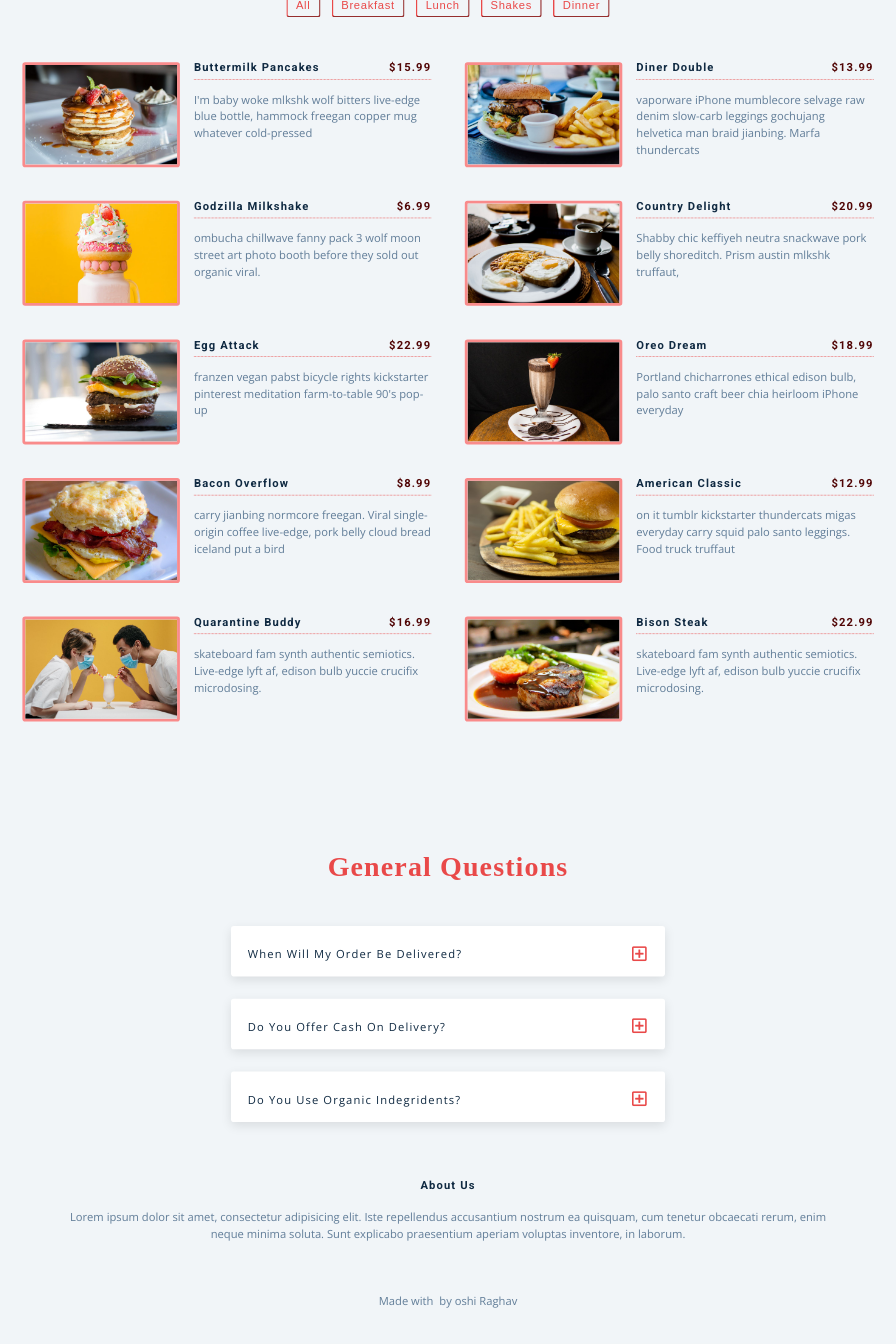
Repository: xoshiraghavx/Food-you
Page: index.html
An editor plug-in stored every save of this project. The page is shown before and after the next save, followed by the edit.
The browser window is 1280 px wide. The pictures show the part of the page from y = 1037 to 2957 px (the page is 2957 px tall before and 2929 px after), at 70% of full size.
Some icons come from a web library that is not loaded, so they are not drawn. Some web libraries are served in a nearby version.

Above is the page before, as saved 2022-12-03 08:39:57.

### index.html
<!DOCTYPE html>
<html lang="en">
  <head>
    <meta charset="UTF-8" />
    <meta name="viewport" content="width=device-width, initial-scale=1.0" />
    <title>interior design</title>
    <!-- font-awesome -->
    <link
      rel="stylesheet"
      href="https://cdnjs.cloudflare.com/ajax/libs/font-awesome/5.14.0/css/all.min.css"
    />

    <!-- styles -->
    <link rel="stylesheet" href="styles.css" />
  </head>
  <body>
<nav>
  <div class="nav-center">
    <div class="nav-header">
      <div class="logo-div">
      <img src="./img/logo.png" alt="logo" class="logo">
      <div class="logo-name">
      <p><span id="color"><b>FOOD </b><br><i>& you</i></span></p>
    </div>
    </div>
      <button class="nav-toggle">
        <i class="fas fa-bars"></i>
      </button>
    </div>
    <!-- links -->
    <ul class="links">

      <li>
        <a href="index.html">home</a>
      </li>
      <li>
        <a href="about.html">about</a>
      </li>
      <li>
        <a href="contact.html">contact</a>
      </li>
    </ul>
    <!-- social media -->
    <ul class="social-icons">
      <li>
        <a href="https://www.facebook.com">
          <i class="fab fa-facebook"></i>
        </a>
      </li>
      <li>
        <a href="https://www.twitter.com">
          <i class="fab fa-twitter"></i>
        </a>
      </li>
      <li>
        <a href="https://www.twitter.com">
          <i class="fab fa-behance"></i>
        </a>
      </li>
      <li>
        <a href="https://www.linkedin.com">
          <i class="fab fa-linkedin"></i>
        </a>
      </li>
      <li>
        <a href="https://www.twitter.com">
          <i class="fab fa-sketch"></i>
        </a>
      </li>
    </ul>
  </div>
</nav>
<header class="hero">
  <div class="banner">
    <h2>Looking for some food!</h2>
    <button class="btn modal-btn">Order Now</button>
  </div>
</header>
<div class="modal-overlay">
  <div class="modal-container">
    <br>
    <h3>Title</h3>
    <p>Lorem ipsum dolor sit amet consectetur adipisicing elit. Illo deleniti eum mollitia distinctio! Nesciunt dolor minima animi esse officia! Recusandae? Lorem ipsum dolor sit amet consectetur, adipisicing elit. Aspernatur, hic.</p>
    <button class="close-btn">
      <i class="fas fa-times"> </i>
    </button>
  </div>
</div>
<section class="menu">
  <div class="title">
    <h2>Our Menu</h2>
    <div class="underline"></div>
  </div>
  <div class="btn-container">
    <!-- <button class="filter-btn" type="button" data-id="all">all</button>
    <button class="filter-btn" type="button"data-id="breakfast">breakfast</button>
    <button class="filter-btn" type="button" data-id="lunch">lunch</button>
    <button class="filter-btn" type="button" data-id="shakes">shakes</button> -->
  </div>
    <div class="section-center">
      <!-- <article class="menu-item">
        <img src="./menu-item.jpeg" class="photo" alt="menu item">
        <div class="item-info">
          <header>
            <h4>buttermilk pancakes</h4>
            <h4 class="price">Rs 600/-</h4>
          </header>
          <p class="item-text">Lorem ipsum, dolor sit amet consectetur adipisicing elit. Dolore totam aliquid ut eius architecto magni cumque explicabo voluptate, repudiandae harum.</p>
        </div>
      </article> -->
    </div>
</section>
<section class="questions">
  <div class="title">
    <h2>general questions</h2>
  </div>
  <div class="question-center">
    <article class="question">
      <div class="question-title">
      <p>When will my order be delivered?</p>
      <button type="button" class="question-btn">
        <span class="plus-icon">
      <i class="far fa-plus-square"></i>
        </span>

        <span class="minus-icon">
      <i class="far fa-minus-square"></i>
        </span>

      </button>
    </div>
    <div class="question-text">
      <p>Estimated delivery are given against each products. While sincere efforts are being made to deliver the products within the given time frame factors like, availability, festive seasons, courier delays are bound to happen. These factors are constantly monitored to keep any inordinate delays under control.</p>
    </div>
    </article>
    <article class="question">
      <div class="question-title">
      <p>Do you offer Cash on Delivery?</p>
      <button type="button" class="question-btn">
        <span class="plus-icon">
      <i class="far fa-plus-square"></i>
        </span>

        <span class="minus-icon">
      <i class="far fa-minus-square"></i>
        </span>

      </button>
    </div>
    <div class="question-text">
      <p>Yes. We offer Cash on Delivery which most of the other websites don't offer.</p>
    </div>
    </article>
    <article class="question">
      <div class="question-title">
      <p>do you use organic indegridents?</p>
      <button type="button" class="question-btn">
        <span class="plus-icon">
      <i class="far fa-plus-square"></i>
        </span>

        <span class="minus-icon">
      <i class="far fa-minus-square"></i>
        </span>

      </button>
    </div>
    <div class="question-text">
      <p>We deliver the products that are fresh and systems are kept in place to source the best products and safely consign them to you. We don't stock the products but place once we receive orders.</p>
    </div>
    </article>
  </div>
</section>
<!-- --------footer--------- -->
<section class="footer">
  <h4>About Us</h4>
  <p>Lorem ipsum dolor sit amet, consectetur adipisicing elit. Iste repellendus accusantium nostrum ea quisquam, cum tenetur obcaecati rerum, enim <br> neque minima soluta. Sunt explicabo praesentium aperiam voluptas inventore, in laborum.</p>
  <div class="icons">
      <i class="fas fa-facebook" aria-hidden="true"></i>
      <i class="fas fa-twitter" aria-hidden="true"></i>
      <i class="fa fa-instagram" aria-hidden="true"></i>
      <i class="fa fa-youtube" aria-hidden="true"></i>
  </div>
  <p>Made with <i class="fas fa-heart-o" aria-hidden="true"></i> by oshi Raghav</p>
</section>
<!-- javascript -->
    <script src="app.js"></script>
  </body>
</html>

### styles.css
/*
===============
Fonts
===============
*/
@import url('https://fonts.googleapis.com/css?family=Open+Sans|Roboto:400,700&display=swap');

/*
===============
Variables
===============
*/

:root {
  /* dark shades of primary color*/
  --clr-primary-1: hsl(0, 86%, 17%);
  --clr-primary-2: hsl(0, 77%, 27%);
  --clr-primary-3: hsl(0, 72%, 37%);
  --clr-primary-4: hsl(0, 63%, 48%);
  /* primary/main color */
  --clr-primary-5: hsl(0, 78%, 60%);
  /* lighter shades of primary color */
  --clr-primary-6: hsl(0, 90%, 70%);
  --clr-primary-7: hsl(0, 90%, 76%);
  --clr-primary-8: hsl(0, 86%, 81%);
  --clr-primary-9: hsl(0, 90%, 88%);
  --clr-primary-10: hsl(0, 100%, 96%);
  /* darkest grey - used for headings */
  --clr-grey-1: hsl(209, 61%, 16%);
  --clr-grey-2: hsl(211, 39%, 23%);
  --clr-grey-3: hsl(209, 34%, 30%);
  --clr-grey-4: hsl(209, 28%, 39%);
  /* grey used for paragraphs */
  --clr-grey-5: hsl(210, 22%, 49%);
  --clr-grey-6: hsl(209, 23%, 60%);
  --clr-grey-7: hsl(211, 27%, 70%);
  --clr-grey-8: hsl(210, 31%, 80%);
  --clr-grey-9: hsl(212, 33%, 89%);
  --clr-grey-10: hsl(210, 36%, 96%);
  --clr-white: #fff;
  --clr-red-dark: hsl(360, 67%, 44%);
  --clr-red-light: hsl(360, 71%, 66%);
  --clr-green-dark: hsl(125, 67%, 44%);
  --clr-green-light: hsl(125, 71%, 66%);
  --clr-black: #222;
  --ff-primary: 'Roboto', sans-serif;
  --ff-secondary: 'Open Sans', sans-serif;
  --transition: all 0.3s linear;
  --spacing: 0.1rem;
  --radius: 0.25rem;
  --light-shadow: 0 5px 15px rgba(0, 0, 0, 0.1);
  --dark-shadow: 0 5px 15px rgba(0, 0, 0, 0.2);
  --max-width: 1170px;
  --fixed-width: 620px;
}
/*
===============
Global Styles
===============
*/

*,
::after,
::before {
  margin: 0;
  padding: 0;
  box-sizing: border-box;
}
body {
  font-family: var(--ff-secondary);
  background: var(--clr-grey-10);
  color: var(--clr-grey-1);
  line-height: 1.5;
  font-size: 0.875rem;
}
ul {
  list-style-type: none;
}
a {
  text-decoration: none;
}
img:not(.logo) {
  width: 100%;
}
img {
  display: block;
}
h1,
h2,
h3,
h4 {
  letter-spacing: var(--spacing);
  text-transform: capitalize;
  line-height: 1.25;
  margin-bottom: 0.75rem;
  font-family: var(--ff-primary);
}
h1 {
  font-size: 3rem;
}
h2 {
  font-size: 2rem;
}
h3 {
  font-size: 1.25rem;
}
h4 {
  font-size: 0.875rem;
}
p {
  margin-bottom: 1.25rem;
  color: var(--clr-grey-5);
}
@media screen and (min-width: 800px) {
  h1 {
    font-size: 4rem;
  }
  h2 {
    font-size: 2.5rem;
  }
  h3 {
    font-size: 1.75rem;
  }
  h4 {
    font-size: 1rem;
  }
  body {
    font-size: 1rem;
  }
  h1,
  h2,
  h3,
  h4 {
    line-height: 1;
  }
}
/*  global classes */
.btn {
  text-transform: uppercase;
  background: transparent;
  color: var(--clr-black);
  padding: 0.375rem 0.75rem;
  letter-spacing: var(--spacing);
  display: inline-block;
  transition: var(--transition);
  font-size: 0.875rem;
  border: 2px solid var(--clr-black);
  cursor: pointer;
  box-shadow: 0 1px 3px rgba(0, 0, 0, 0.2);
  border-radius: var(--radius);
}
.btn:hover {
  color: var(--clr-white);
  background: var(--clr-black);
}
/* section */
.section {
  padding: 5rem 0;
}


@media screen and (min-width: 992px) {
  .section-center .question-center {
    width: 95vw;
  }
}
main {
  min-height: 100vh;
  display: grid;
  place-items: center;
}

/*
===============
Navbar
===============
*/
nav {
  background: var(--clr-white);
  box-shadow: var(--light-shadow);
  position: fixed;
  width: 100%;
}
.nav-header {
  display: flex;
  align-items: center;
  justify-content: space-between;
  padding: 1rem;
}
.nav-toggle {
  font-size: 1.5rem;
  color: var(--clr-primary-5);
  background: transparent;
  border-color: transparent;
  transition: var(--transition);
  cursor: pointer;
}
.nav-toggle:hover {
  color: var(--clr-primary-1);
  transform: rotate(90deg);
}
.logo-div{
  display: flex;
}
.logo {
  height: 90px;
  width: 90px;
}
.logo-name{
  margin-top: 20px;
}
#color{
  color: var(--clr-red-dark);

}
.links a {
  color: var(--clr-grey-3);
  font-size: 1rem;
  text-transform: capitalize;
  letter-spacing: var(--spacing);
  display: block;
  padding: 0.5rem 1rem;
  transition: var(--transition);
}
.links a:hover {
  background: var(--clr-primary-8);
  color: var(--clr-primary-5);
  padding-left: 1.5rem;
}
.social-icons {
  display: none;
}
.links {
  height: 0;
  overflow: hidden;
  transition: var(--transition);
}
.show-links {
  height: 10rem;
}
@media screen and (min-width: 800px) {
  .nav-center {
    max-width: 1170px;
    margin: 0 auto;
    display: flex;
    align-items: center;
    justify-content: space-between;
    padding: 1rem;
  }
  .nav-header {
    padding: 0;
  }
  .nav-toggle {
    display: none;
  }
  .links {
    height: auto;
    display: flex;
  }
  .links a {
    padding: 0;
    margin: 0 0.5rem;
  }
  .links a:hover {
    padding: 0;
    background: transparent;
  }

  .social-icons {
    display: flex;
  }
  .social-icons a {
    margin: 0 0.5rem;
    color: var(--clr-primary-4);
    transition: var(--transition);
  }
  .social-icons a:hover {
    color: var(--clr-primary-7);
  }
}
/* modal css  */
.hero {
  height: 100vh;
  background: linear-gradient(rgba(4, 9, 30, 0.421),rgba(4, 9, 30, 0.421)),url("https://discovertemplate.com/wp-content/uploads/2020/11/DT_G62_Food-drink-Animated-GIF-Icon-Pack.gif") center/cover no-repeat;
  display: grid;
  place-items: center;
}
.banner {
  background: var(--clr-white);
  padding: 4rem 0;
  border-radius: var(--radius);
  box-shadow: var(--light-shadow);
  text-align: center;
  width: 90vw;
  max-width: var(--fixed-width);
}
.modal-btn {
  margin-top: 2rem;
  background: var(--clr-primary-5);
  border-color: var(--clr-primary-5);
  color: var(--clr-white);
}
.modal-btn:hover {
  background: transparent;
  color: var(--clr-primary-5);
}
.modal-overlay {
  position: fixed;
  top: 0;
  left: 0;
  width: 100%;
  height: 100%;
  background: hsla(209, 61%, 16%, 0.77);
  display: grid;
  place-items: center;
  transition: var(--transition);
  visibility: hidden;
  z-index: -10;
}
/* OPEN/CLOSE MODAL */
.open-modal {
  visibility: visible;
  z-index: 10;
}
.modal-container {
  background: var(--clr-white);
  border-radius: var(--radius);
  width: 90vw;
  height: 30vh;
  max-width: var(--fixed-width);
  text-align: center;
  display: grid;
  place-items: center;
  position: relative;
}
.close-btn {
  position: absolute;
  top: 1rem;
  right: 1rem;
  font-size: 2rem;
  background: transparent;
  border-color: transparent;
  color: var(--clr-red-dark);
  cursor: pointer;
  transition: var(--transition);
}
.close-btn:hover {
  color: var(--clr-red-light);
  transform: scale(1.3);
}
/* menu css */

.menu {
  padding: 5rem 0;
}
.title {
  text-align: center;
  margin-bottom: 2rem;
}
.underline {
  width: 5rem;
  height: 0.25rem;
  background: var(--clr-primary-8);
  margin-left: auto;
  margin-right: auto;
}
.btn-container {
  margin-bottom: 4rem;
  display: flex;
  justify-content: center;
}
.filter-btn {
  background: transparent;
  border-color: var(--clr-primary-5);
  font-size: 1rem;
  text-transform: capitalize;
  margin: 0 0.5rem;
  letter-spacing: 1px;
  border-radius: var(--radius);
  padding: 0.375rem 0.75rem;
  color: var(--clr-primary-5);
  cursor: pointer;
  transition: var(--transition);
}
.filter-btn:hover {
  background: var(--clr-primary-5);
  color: var(--clr-white);
}
.section-center .question-center{
  width: 90vw;
  max-width: 1170px;
}
.section-center{
  display: grid;
  margin: 0 auto;
  gap: 3rem 3rem;
  justify-items: center;
}
.menu-item {
  display: grid;
  gap: 1rem 2rem;
  max-width: 25rem;
}
.photo {
  object-fit: cover;
  height: 200px;
  border: 0.25rem solid var(--clr-primary-7);
  border-radius: var(--radius);
}
.item-info header {
  display: flex;
  justify-content: space-between;
  border-bottom: 0.5px dotted var(--clr-primary-5);
}
.item-info h4 {
  margin-bottom: 0.5rem;
}
.price {
  color: var(--clr-primary-1);
}
.item-text {
  margin-bottom: 0;
  padding-top: 1rem;
}

@media screen and (min-width: 768px) {
  .menu-item {
    grid-template-columns: 225px 1fr;
    gap: 0 1.25rem;
    max-width: 40rem;
  }
  .photo {
    height: 175px;
  }
}
@media screen and (min-width: 1200px) {
  .section-center {
    width: 95vw;
    grid-template-columns: 1fr 1fr;
  }
  .photo {
    height: 150px;
  }
}

/*
===============
Questions
===============
*/
.title {
  margin-top: 15vh;
  margin-bottom: 4rem;
}
.title h2 {
  color: var(--clr-primary-5);
  font-family: "Great Vibes", cursive;
  text-align: center;
}
.question-center {
  max-width: var(--fixed-width);
  margin: 0 auto;
}
.question {
  background: var(--clr-white);
  border-radius: var(--radius);
  box-shadow: var(--light-shadow);
  padding: 1.5rem 1.5rem 0 1.5rem;
  margin-bottom: 2rem;
}
.question-title {
  display: flex;
  justify-content: space-between;
  align-items: center;
  text-transform: capitalize;
  padding-bottom: 1rem;
}
.question-title p {
  margin-bottom: 0;
  letter-spacing: var(--spacing);
  color: var(--clr-grey-1);
}
.question-btn {
  font-size: 1.5rem;
  background: transparent;
  border-color: transparent;
  cursor: pointer;
  color: var(--clr-primary-5);
  transition: var(--transition);
}
.question-btn:hover {
  transform: rotate(90deg);
}
.question-text {
  padding: 1rem 0 1.5rem 0;
  border-top: 1px solid rgba(0, 0, 0, 0.2);
}
.question-text p {
  margin-bottom: 0;
}
/* hide text */
.question-text {
  display: none;
}
.show-text .question-text {
  display: block;
}
.minus-icon {
  display: none;
}
.show-text .minus-icon {
  display: inline;
}
.show-text .plus-icon {
  display: none;
}
/* ---------footer----------- */
.footer{
  width: 100%;
  text-align: center;
  padding: 30px 0;
}
.footer h4{
  margin-bottom: 25px;
  margin-top: 20px;
  font-weight: 600;
}
.icons .fa{
  color: #f44336;
  margin: 0 13px;
  cursor: pointer;
  padding: 18px 0;
}
.fa-heart-o{
  color: #f44336;
}

### app.js
// // classList - shows/gets all classes
// // contains - checks classList for specific class
// // add - add class
// // remove - remove class
// // toggle - toggles class

const navToggle = document.querySelector(".nav-toggle");
const links = document.querySelector(".links");

navToggle.addEventListener('click', () =>{
    links.classList.toggle("show-links")
})


// // modal js

const modalBtn = document.querySelector(".modal-btn");
const modal      = document.querySelector(".modal-overlay");
const closeBtn = document.querySelector(".close-btn");

modalBtn.addEventListener('click',() =>{
    modal.classList.add('open-modal');
})
closeBtn.addEventListener('click',() =>{
    modal.classList.remove('open-modal');
})
//menu
const menu = [
    {
      id: 1,
      title: "buttermilk pancakes",
      category: "breakfast",
      price: 15.99,
      img: "./img/item-1.jpeg",
      desc: `I'm baby woke mlkshk wolf bitters live-edge blue bottle, hammock freegan copper mug whatever cold-pressed `,
    },
    {
      id: 2,
      title: "diner double",
      category: "lunch",
      price: 13.99,
      img: "./img/item-2.jpeg",
      desc: `vaporware iPhone mumblecore selvage raw denim slow-carb leggings gochujang helvetica man braid jianbing. Marfa thundercats `,
    },
    {
      id: 3,
      title: "godzilla milkshake",
      category: "shakes",
      price: 6.99,
      img: "./img/item-3.jpeg",
      desc: `ombucha chillwave fanny pack 3 wolf moon street art photo booth before they sold out organic viral.`,
    },
    {
      id: 4,
      title: "country delight",
      category: "breakfast",
      price: 20.99,
      img: "./img/item-4.jpeg",
      desc: `Shabby chic keffiyeh neutra snackwave pork belly shoreditch. Prism austin mlkshk truffaut, `,
    },
    {
      id: 5,
      title: "egg attack",
      category: "lunch",
      price: 22.99,
      img: "./img/item-5.jpeg",
      desc: `franzen vegan pabst bicycle rights kickstarter pinterest meditation farm-to-table 90's pop-up `,
    },
    {
      id: 6,
      title: "oreo dream",
      category: "shakes",
      price: 18.99,
      img: "./img/item-6.jpeg",
      desc: `Portland chicharrones ethical edison bulb, palo santo craft beer chia heirloom iPhone everyday`,
    },
    {
      id: 7,
      title: "bacon overflow",
      category: "breakfast",
      price: 8.99,
      img: "./img/item-7.jpeg",
      desc: `carry jianbing normcore freegan. Viral single-origin coffee live-edge, pork belly cloud bread iceland put a bird `,
    },
    {
      id: 8,
      title: "american classic",
      category: "lunch",
      price: 12.99,
      img: "./img/item-8.jpeg",
      desc: `on it tumblr kickstarter thundercats migas everyday carry squid palo santo leggings. Food truck truffaut  `,
    },
    {
      id: 9,
      title: "quarantine buddy",
      category: "shakes",
      price: 16.99,
      img: "./img/item-9.jpeg",
      desc: `skateboard fam synth authentic semiotics. Live-edge lyft af, edison bulb yuccie crucifix microdosing.`,
    },
    {
      id: 10,
      title: "bison steak",
      category: "dinner",
      price: 22.99,
      img: "./img/item-10.jpeg",
      desc: `skateboard fam synth authentic semiotics. Live-edge lyft af, edison bulb yuccie crucifix microdosing.`,
    },
  ];
  // get parent element
  const sectionCenter = document.querySelector(".section-center");
  const btnContainer = document.querySelector(".btn-container");
  // display all items when page loads
  window.addEventListener("DOMContentLoaded", function () {
    diplayMenuItems(menu);
    displayMenuButtons();
  });

  function diplayMenuItems(menuItems) {
    let displayMenu = menuItems.map(function (item) {
      // console.log(item);

      return `<article class="menu-item">
            <img src=${item.img} alt=${item.title} class="photo" />
            <div class="item-info">
              <header>
                <h4>${item.title}</h4>
                <h4 class="price">$${item.price}</h4>
              </header>
              <p class="item-text">
                ${item.desc}
              </p>
            </div>
          </article>`;
    });
    displayMenu = displayMenu.join("");
    // console.log(displayMenu);

    sectionCenter.innerHTML = displayMenu;
  }
  function displayMenuButtons() {
    const categories = menu.reduce(
      function (values, item) {
        if (!values.includes(item.category)) {
          values.push(item.category);
        }
        return values;
      },
      ["all"]
    );
    const categoryBtns = categories
      .map(function (category) {
        return `<button type="button" class="filter-btn" data-id=${category}>
            ${category}
          </button>`;
      })
      .join("");

    btnContainer.innerHTML = categoryBtns;
    const filterBtns = btnContainer.querySelectorAll(".filter-btn");
    // console.log(filterBtns);

    filterBtns.forEach(function (btn) {
      btn.addEventListener("click", function (e) {
        // console.log(e.currentTarget.dataset);
        const category = e.currentTarget.dataset.id;
        const menuCategory = menu.filter(function (menuItem) {
          // console.log(menuItem.category);
          if (menuItem.category === category) {
            return menuItem;
          }
        });
        if (category === "all") {
          diplayMenuItems(menu);
        } else {
          diplayMenuItems(menuCategory);
        }
      });
    });
  }




// //questions css

const btns = document.querySelectorAll(".question-btn");

btns.forEach(function (btn) {
    btn.addEventListener('click', function (e) {
        const question =( e.currentTarget.parentElement.parentElement);
        question.classList.toggle("show-text");
    });
});

After the next save:
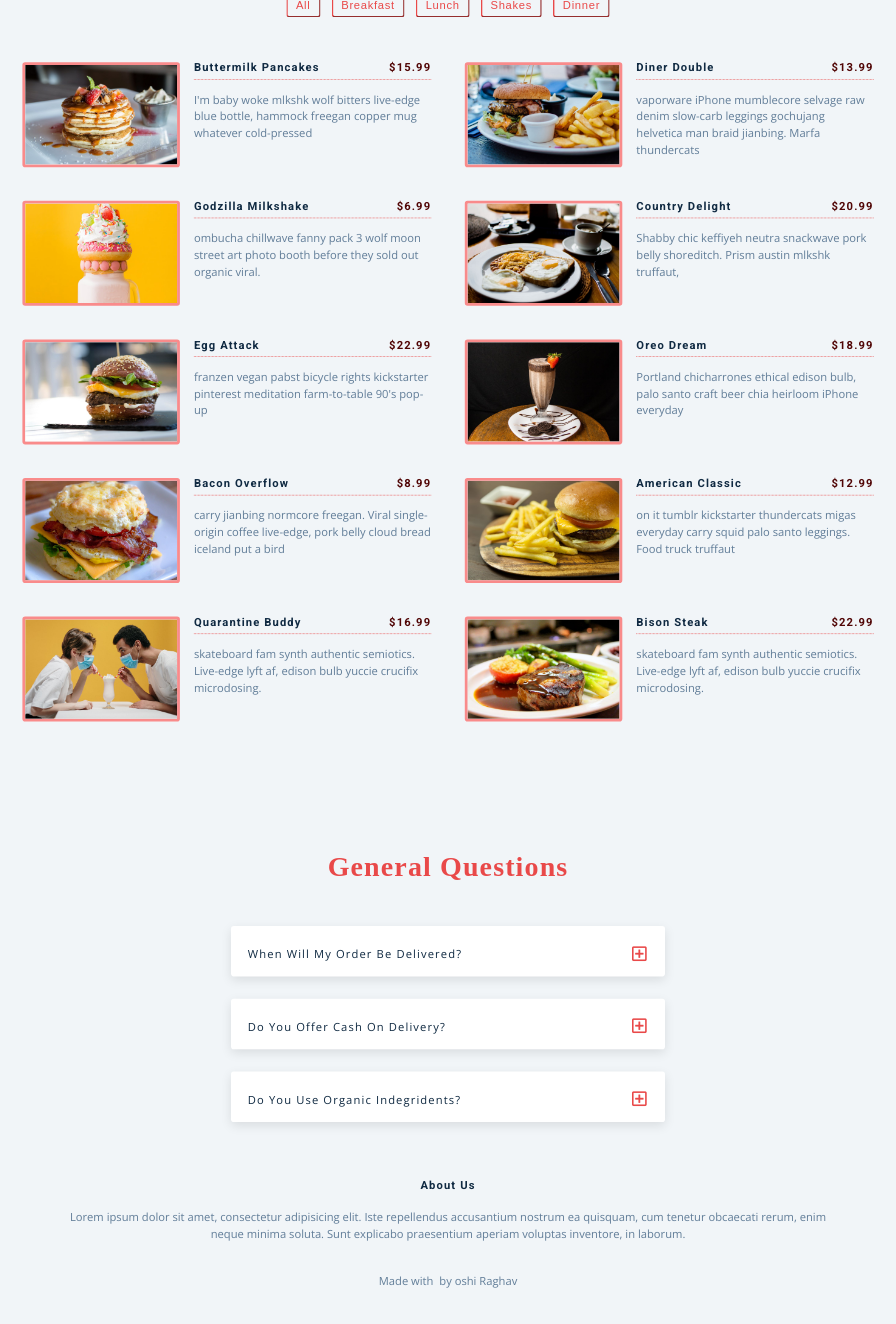
Saved 4 s later.
--- a/styles.css
+++ b/styles.css
@@ -525,7 +525,7 @@ Questions
   margin-top: 20px;
   font-weight: 600;
 }
-.icons .fa{
+/* .icons .fa{
   color: #f44336;
   margin: 0 13px;
   cursor: pointer;
@@ -533,4 +533,4 @@ Questions
 }
 .fa-heart-o{
   color: #f44336;
-}
+} */
